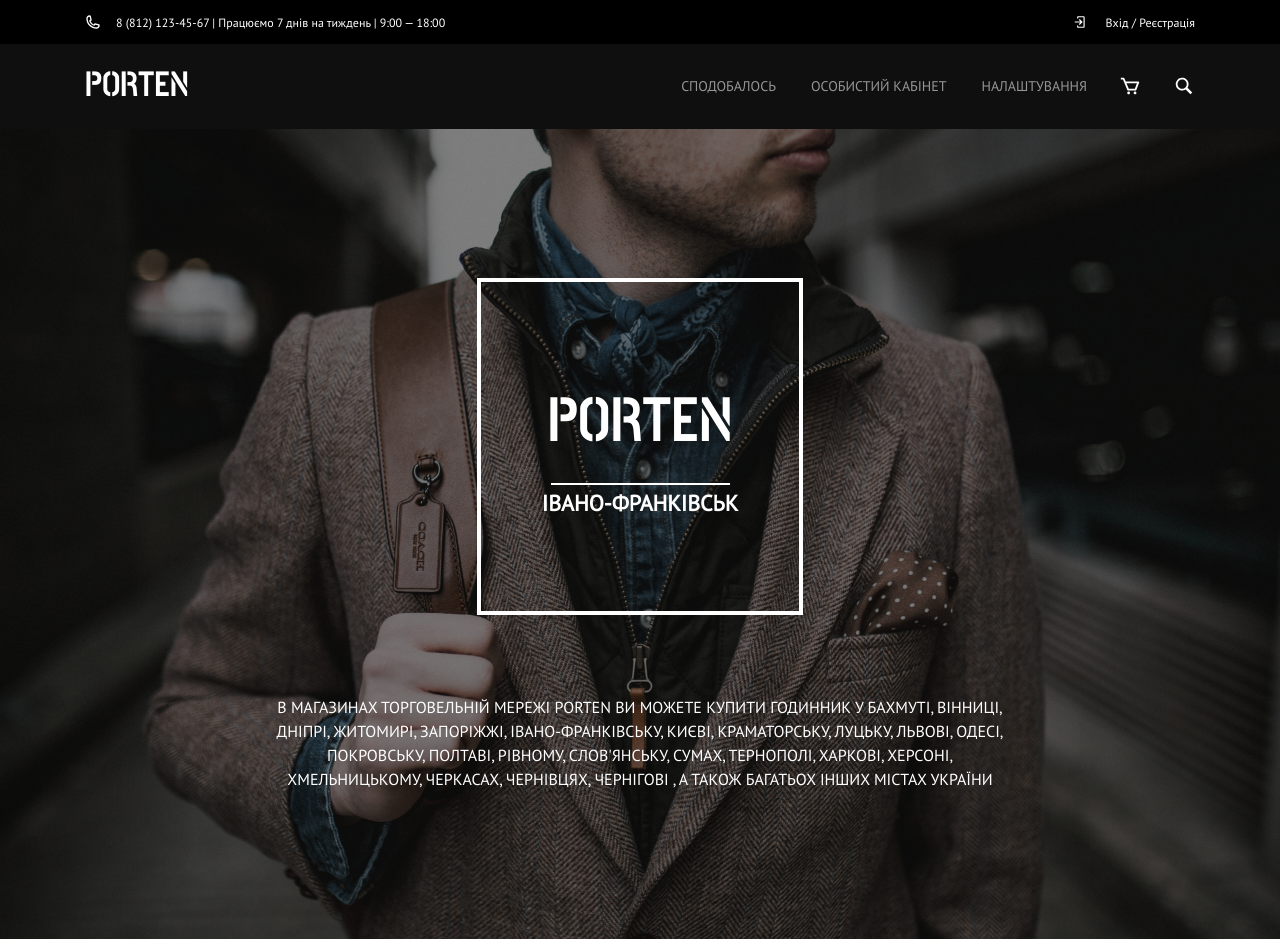
Repository: KYUUBI-K/porten
Page: index.html
These files come from the project's save history. The page is drawn as it stood at one moment and after the next save; the edit follows.
The browser window is 1280 px wide. The pictures show the whole page.

Above is the page before, as saved 2025-09-09 21:29:22.

After the next save:
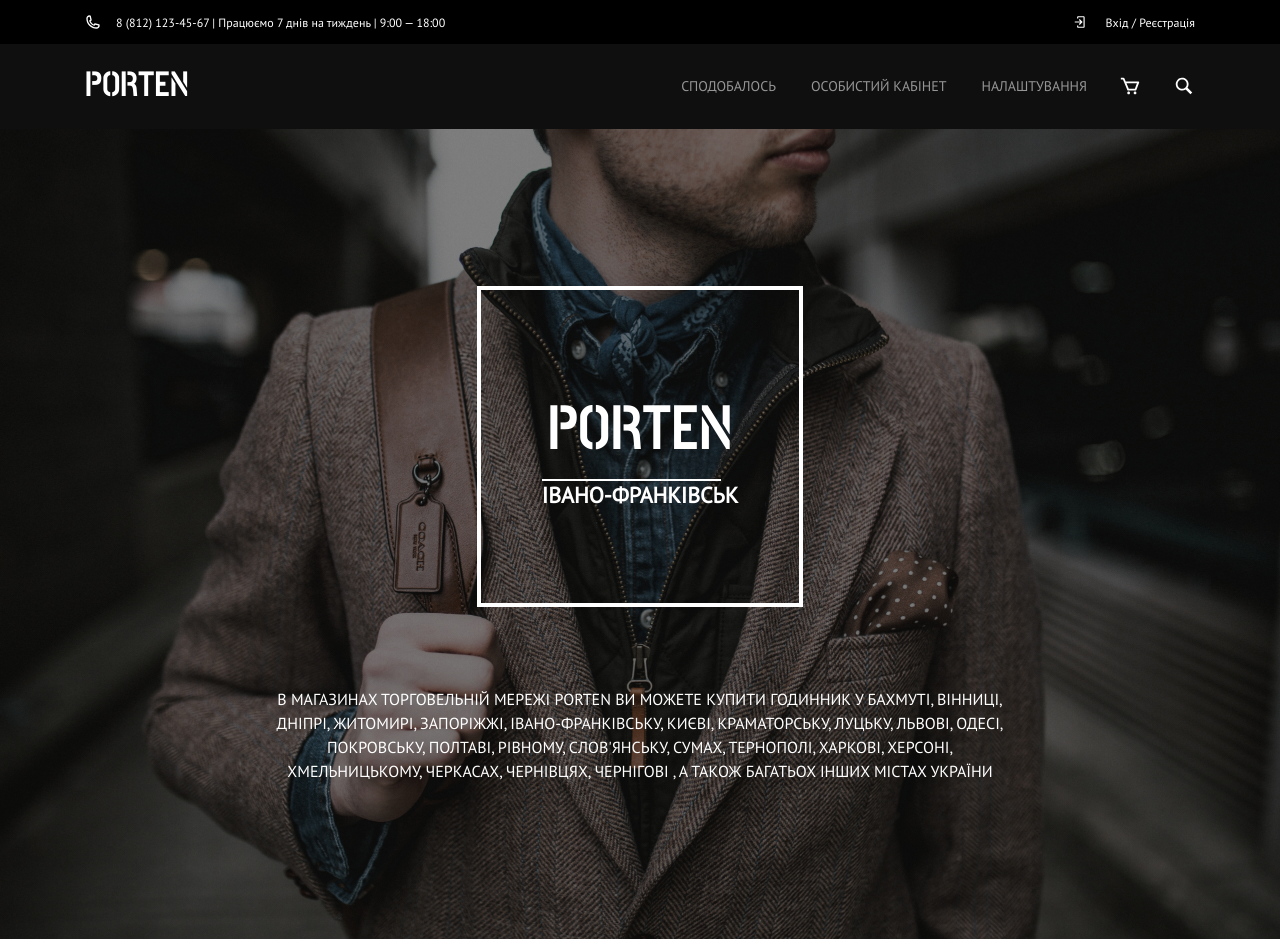
Saved 12 s later.
--- a/styles.css
+++ b/styles.css
@@ -165,3 +165,6 @@
   line-height: 150%;
   max-width: 730px;
 }
+.line {
+  display: block;
+}
